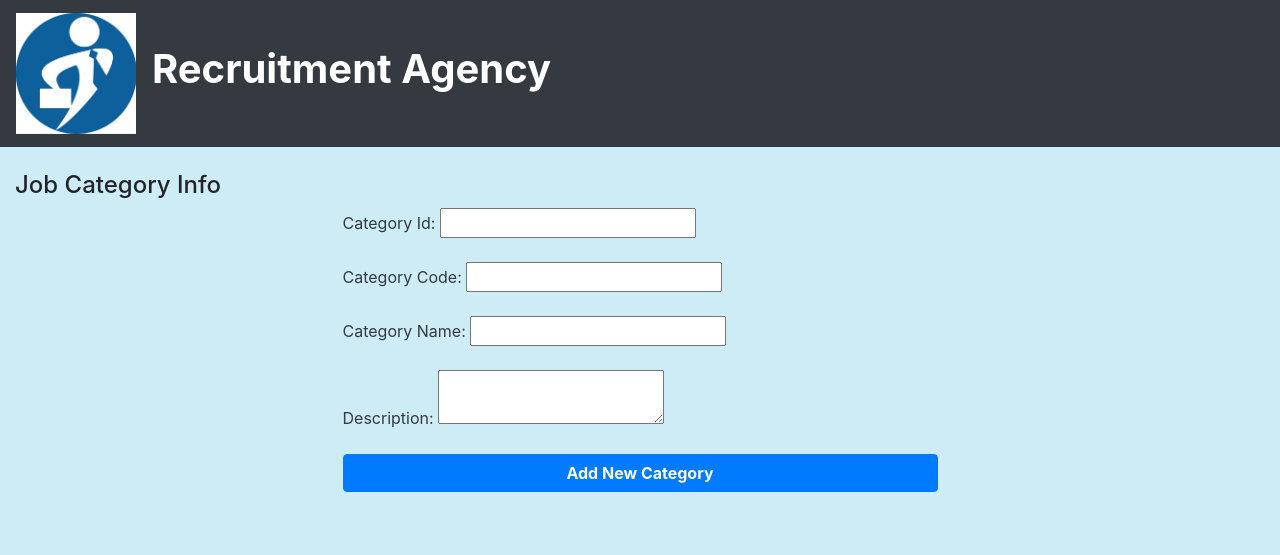
Repository: ism-shahriar/RecruitmentAgencyPortal
Page: http://localhost/index
The author's editor kept a copy of each file at every save. The page is drawn from the files as they stood at one save, then again after the next save.
The browser window is 1280 px wide. The pictures show the whole page.
The page is this project's Thymeleaf template; nobody is signed in. The template is opened directly, without the code that normally fills it, so the values that code supplies are empty.

Above is the page before, as saved 2020-04-17 06:12:10.

### MicroServiceJobCat/src/main/resources/templates/index.html
<!DOCTYPE html>
<html xmlns:th="http://www.thymeleaf.org">
<head>
<meta charset="ISO-8859-1">
<title>Job Category</title>
</head>
<link rel="stylesheet"
	href="https://maxcdn.bootstrapcdn.com/bootstrap/4.4.1/css/bootstrap.min.css">
<body style="background-color: #CEECF5">
<nav class="navbar navbar-expand-sm bg-dark navbar-dark">
		<a class="navbar-brand" href="#"> <img alt="logo"
			src="static/Logo.jpg" style="width: 120px;">
		</a>
		<h1 style="font-weight: bold; color: white">Recruitment Agency</h1>
	</nav>
	<div class="container-fluid" style="background-color: #CEECF5"><br>
	<h4>Job Category Info</h4>
		<form class="container text-dark" style="width: 50%" action="add" method="POST">
			Category Id: <input type="text" name="catId" /><br></br>
			Category Code: <input type="text" name="catCode" /><br></br>
			Category Name: <input type="text" name="catName" /><br></br>
			Description: <textarea name="catDesc"></textarea><br></br>

			<button type="submit" class="btn btn-primary mb-2"
				style="width: 100%; font-weight: bold">Add New Category</button>
</form>

	</div>

</body>
</html>

After the next save:
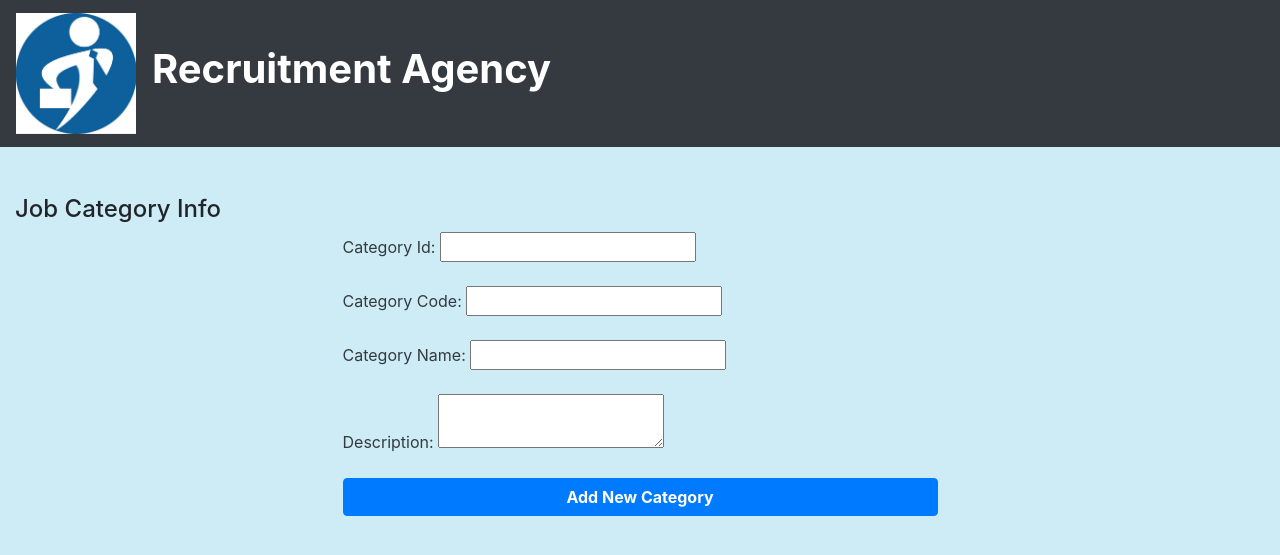
Saved 18 s later.
--- a/MicroServiceJobCat/src/main/resources/templates/index.html
+++ b/MicroServiceJobCat/src/main/resources/templates/index.html
@@ -13,8 +13,8 @@
 		</a>
 		<h1 style="font-weight: bold; color: white">Recruitment Agency</h1>
 	</nav>
-	<div class="container-fluid" style="background-color: #CEECF5"><br>
-	<h4>Job Category Info</h4>
+	<div class="container-fluid" style="background-color: #CEECF5">
+	<br><br><h4>Job Category Info</h4>
 		<form class="container text-dark" style="width: 50%" action="add" method="POST">
 			Category Id: <input type="text" name="catId" /><br></br>
 			Category Code: <input type="text" name="catCode" /><br></br>
